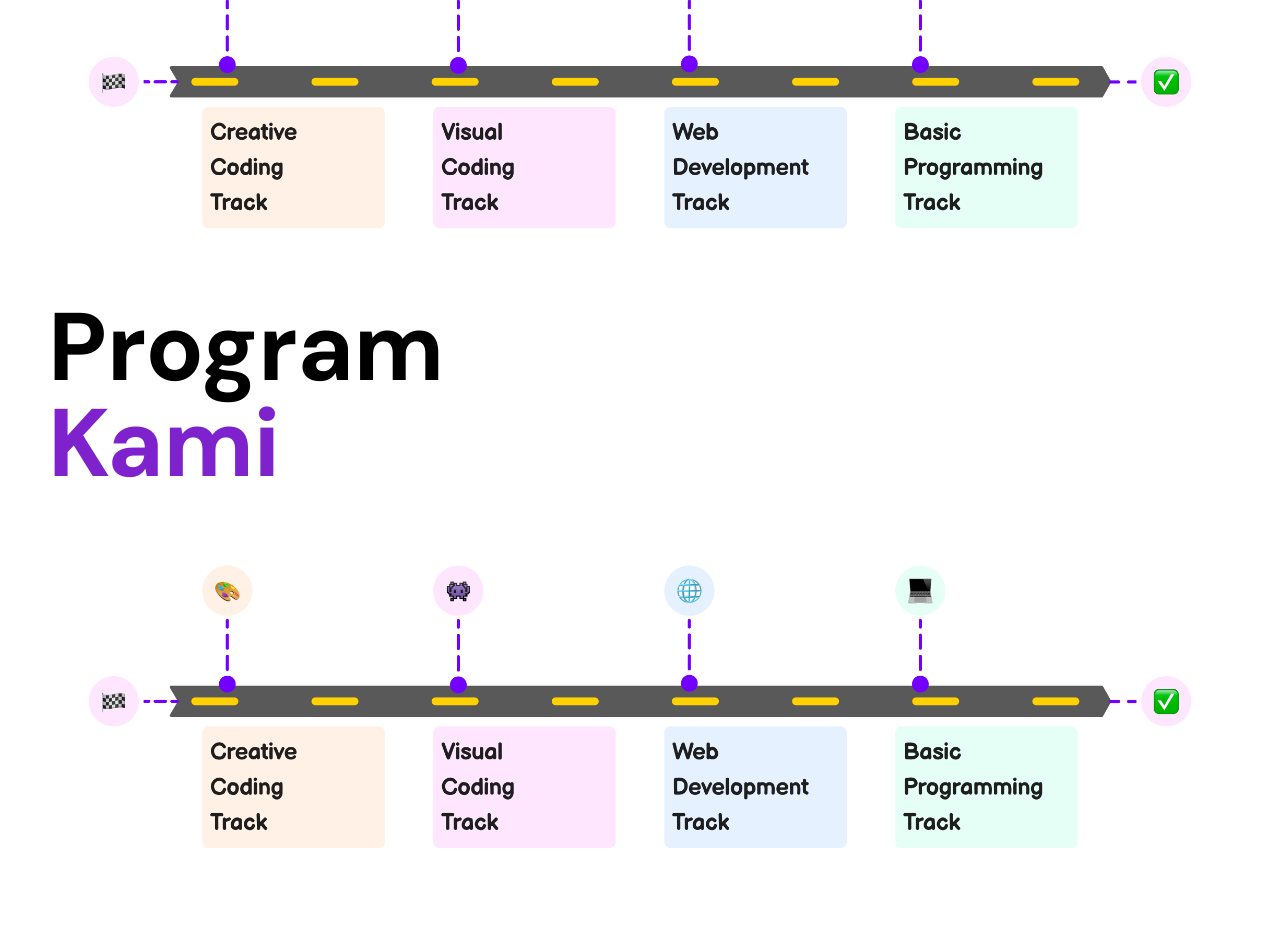
Repository: paskasiregar/ttccomweb
Page: /track/basic-programming
These files come from the project's save history. The page is drawn as it stood at one moment and after the next save; the edit follows.
The browser window is 1280 px wide. The pictures show the part of the page from y = 1911 to 2863 px (the page is 2863 px tall before and 2467 px after).
The project was rebuilt for these pictures with package versions that can differ from the ones it lists, and the page was loaded fresh each time. The framework's server and built-in components were replaced by stand-ins that run in the browser. Also part of the build but not shown: next.config.js, next.config.mjs.

Above is the page before, as saved 2024-11-16 22:57:16.

### src/app/layout.js
import "./globals.css";
import { DM_Sans } from "next/font/google";

const dmSans = DM_Sans({
  subsets: ["latin"],
  weight: ["400", "500", "700"], // Include only the weights you need
  variable: "--font-dm-sans", // Optional: CSS variable for global use
});

export const metadata = {
  title: "Tiny Tech Club",
  description: "Small techies, big dreams 🚀",
};

export default function RootLayout({ children }) {
  return (
    <html lang="en" className={dmSans.variable}>
      <body className="antialiased">{children}</body>
    </html>
  );
}

### src/app/template.js
import React from "react";

export default function TrackTemplate({ title, description, children }) {
  return (
    <div>
      {/* Hero Section */}
      <div className="relative h-screen w-full">
        <img
          src="https://images.unsplash.com/photo-1494783367193-149034c05e8f"
          alt="Background"
          className="absolute inset-0 w-full h-full object-cover filter blur-sm"
        />
        <div className="absolute inset-0 bg-black bg-opacity-50"></div>
        <div className="absolute inset-0 flex flex-col items-center justify-center">
          <h1 className="text-4xl text-white font-bold">{title}</h1>
          <p className="text-xl text-white mt-4">{description}</p>
        </div>
      </div>

      {/* Content Section */}
      <div className="max-w-7xl mx-auto px-4 py-8">{children}</div>
    </div>
  );
}

### src/app/track/[track]/page.js
"use client";
import { useParams } from "next/navigation";
import TrackTemplate from "../[track]";
import Image from "next/image";
import ljImage from "@/assets/lj.png";

export default function TrackPage() {
  const { track } = useParams();

  const trackDetails = {
    "creative-coding": {
      title: "Creative Coding Track",
      description:
        "Kenalkan coding ke anak-anak dengan aktivitas seru dan edukatif. Cocok banget buat usia 4-5 tahun untuk membangun kemampuan berpikir logis.",
      backgroundImage:
        "https://images.unsplash.com/photo-1544717305-2782549b5136", // Replace with a relevant Creative Coding image
    },
    "visual-coding": {
      title: "Visual Coding Track",
      description:
        "Belajar konsep pemrograman visual pakai ScratchJr. Cocok buat anak usia 6-7 tahun untuk bikin cerita dan proyek seru sambil belajar coding dasar.",
      backgroundImage:
        "https://images.unsplash.com/photo-1573164574393-b9b12c3ff9c6", // Replace with a relevant Visual Coding image
    },
    "web-development": {
      title: "Web Development Track",
      description:
        "Pelajari dasar-dasar pengembangan web pakai HTML, CSS, dan JavaScript. Cocok untuk anak usia 8-12 tahun yang mau bikin proyek mini web seru.",
      backgroundImage:
        "https://images.unsplash.com/photo-1522071820081-009f0129c71c", // Replace with a relevant Web Development image
    },
    "basic-programming": {
      title: "Basic Programming Track",
      description:
        "Belajar konsep pemrograman inti pakai Python dan JavaScript. Dirancang untuk usia 13-16 tahun yang pengen bikin aplikasi nyata dan mengasah kemampuan problem-solving.",
      backgroundImage:
        "https://images.unsplash.com/photo-1517433456452-f9633a875f6f", // Replace with a relevant Basic Programming image
    },
    // Add more tracks as needed
  };

  const trackData = trackDetails[track] || {
    title: "Track Tidak Ditemukan",
    description: "Track yang kamu cari nggak ada nih.",
    backgroundImage:
      "https://images.unsplash.com/photo-1506748686214-e9df14d4d9d0", // Default image for not found
  };

  return (
    <div className="mx-auto">
      {/* Back Button */}
      <div className="my-4 px-4 sm:px-8">
        <button
          className="secondary-button"
          onClick={() => (window.location.href = "/")}
        >
          &lt; Kembali
        </button>
      </div>

      {/* Track Template */}
      <section>
        <TrackTemplate
          title={trackData.title}
          description={trackData.description}
          backgroundImage={trackData.backgroundImage}
        />

        {/* Learning Journey Section */}
        <section className="w-full my-8 px-4 sm:px-8 max-w-container mb-8">
          <div>
            <div className="flex flex-col md:flex-row items-center md:items-start md:justify-between">
              {/* Title */}
              <div className="max-w-lg md:w-1/2">
                <h1 className="text-6xl md:text-8xl font-bold mb-8">
                  Learning <span className="text-purple-700">Journey</span>
                </h1>
              </div>

              {/* Description */}
              <div className="mt-6 md:mt-0 md:w-1/2 mb-8">
                <p className="text-gray-600 text-base md:text-md">
                  Yuk, mulai perjalanan belajar yang seru dan inspiratif buat
                  anak-anak! Kami hadir untuk membantu anak-anak mengembangkan
                  kreativitas, berpikir logis, dan percaya diri. Dengan berbagai
                  track yang disesuaikan untuk setiap usia, pengalaman belajar
                  jadi menyenangkan dan berkesan.
                </p>
              </div>
            </div>

            {/* Image */}
            <div className="mt-6 md:mt-0 mb-8">
              <Image
                src={ljImage}
                alt="Perjalanan Belajar"
                width={1440} // Adjust width as needed
                height={1000} // Adjust height as needed
                className="rounded-lg"
              />
            </div>
          </div>
        </section>

        {/* Learning Journey Section */}
        <section className="w-full my-8 px-4 sm:px-8 max-w-container mb-8">
          <div>
            <div className="flex flex-col md:flex-row items-center md:items-start md:justify-between">
              {/* Title */}
              <div className="max-w-lg md:w-1/2">
                <h1 className="text-6xl md:text-8xl font-bold mb-8">
                  Program <span className="text-purple-700">Kami</span>
                </h1>
              </div>
            </div>

            {/* Image */}
            <div className="mt-6 md:mt-0 mb-8">
              <Image
                src={ljImage}
                alt="Perjalanan Belajar"
                width={1440} // Adjust width as needed
                height={1000} // Adjust height as needed
                className="rounded-lg"
              />
            </div>
          </div>
        </section>
      </section>
    </div>
  );
}

### src/app/globals.css
@tailwind base;
@tailwind components;
@tailwind utilities;

@import url('https://fonts.googleapis.com/css2?family=DM+Sans:wght@400;500;700&display=swap');

:root {
  --font-dm-sans: "DM Sans", sans-serif;
}

@font-face {
  font-family: 'DM Sans';
  src: url('/fonts/DM-Sans.woff2') format('woff2'),
    url('/fonts/DM-Sans.woff') format('woff');
  font-weight: 400;
  font-style: normal;
}

body {
  font-family: 'DM Sans', sans-serif;
}

.dm-sans-custom {
  font-family: "DM Sans", sans-serif;
  font-optical-sizing: auto;
  font-weight: 400;
  font-style: normal;
}

body {
  font-family: 'DM Sans', Arial, Helvetica, sans-serif;
  margin: 0;
  padding: 0;
  box-sizing: border-box;
}

*,
*::before,
*::after {
  box-sizing: inherit;
}

/* Container class for centering content */
.max-w-container {
  max-width: 1440px;
  margin: 0 auto;
  padding: 0 16px;
  /* Optional padding for spacing on smaller screens */
}

### src/app/track/[track].js
import React from "react";

export default function TrackTemplate({ title, description, children }) {
  return (
    <div>
      {/* Hero Section */}
      <div className="relative h-screen w-full">
        <img
          src="https://images.unsplash.com/photo-1494783367193-149034c05e8f"
          alt="Background"
          className="absolute inset-0 w-full h-full object-cover filter blur-sm"
        />
        <div className="absolute inset-0 bg-black bg-opacity-50"></div>
        <div className="absolute inset-0 flex flex-col items-center justify-center">
          <h1 className="text-6xl text-white font-bold p-8">{title}</h1>
          <p className="text-xl text-white mt-4 p-8">{description}</p>
        </div>
      </div>

      {/* Content Section */}
      <div className="max-w-7xl mx-auto px-4 py-8">{children}</div>
    </div>
  );
}

Loaded but not shown: tailwind.config.js (common file)

After the next save:
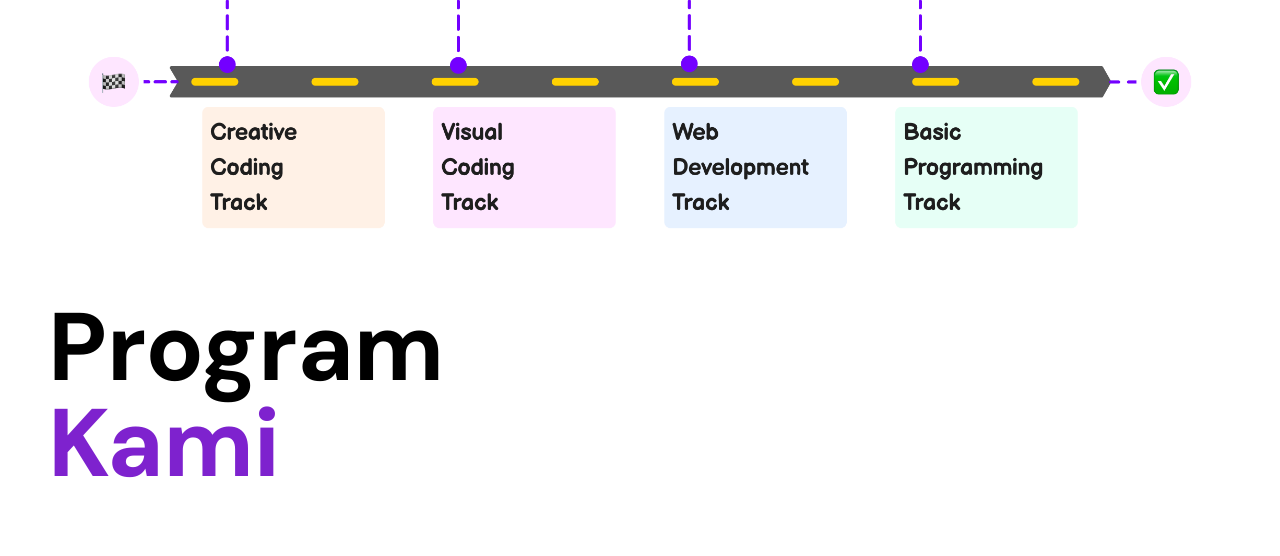
Saved 14 s later.
--- a/src/app/track/[track]/page.js
+++ b/src/app/track/[track]/page.js
@@ -113,17 +113,6 @@ export default function TrackPage() {
                 </h1>
               </div>
             </div>
-
-            {/* Image */}
-            <div className="mt-6 md:mt-0 mb-8">
-              <Image
-                src={ljImage}
-                alt="Perjalanan Belajar"
-                width={1440} // Adjust width as needed
-                height={1000} // Adjust height as needed
-                className="rounded-lg"
-              />
-            </div>
           </div>
         </section>
       </section>
